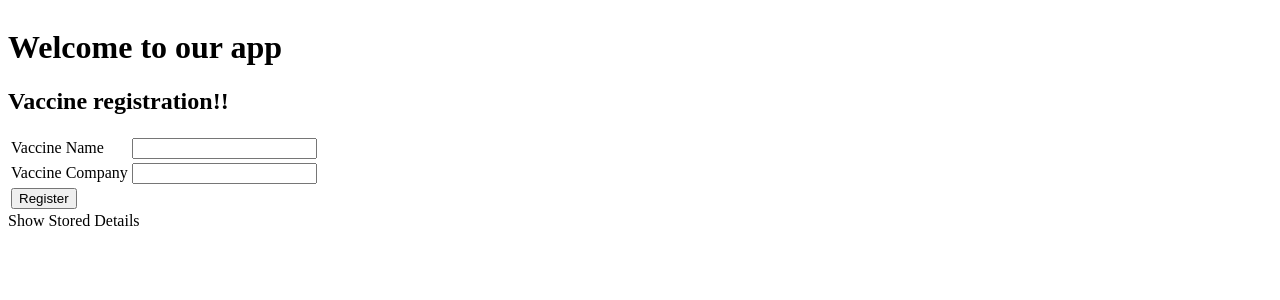
Repository: sultanaNargis03/IndustryReadyJavaSpringBoot
Page: Servlet/workspace/SessionMangement/src/main/webapp/index.html
An editor plug-in stored every save of this project. The page is shown before and after the next save, followed by the edit.
The browser window is 1280 px wide. The pictures show the whole page.

Above is the page before, as saved 2023-12-05 17:14:01.

### Servlet/workspace/SessionMangement/src/main/webapp/index.html
<!DOCTYPE html>
<html>
<head>
<meta charset="ISO-8859-1">
<title>Registration</title>
</head>
<body style="align-content: center;">
<h1>Welcome to our app</h1>
<h2>Vaccine registration!!</h2>
<form method="post" action="./Request1">
	<table>
		<tr>
			<td>Vaccine Name</td>
			<td><input type="text" name="vname"</td>
		</tr>
		<tr>
			<td>Vaccine Company</td>
			<td><input type="text" name="vcompany"</td>
		</tr>

		<tr>
			<td><input type="submit" value="Register"</td>
		</tr>
	</table>
</form>
<a hreff="./Request2">Show Stored Details</a>
</body>
</html>

After the next save:
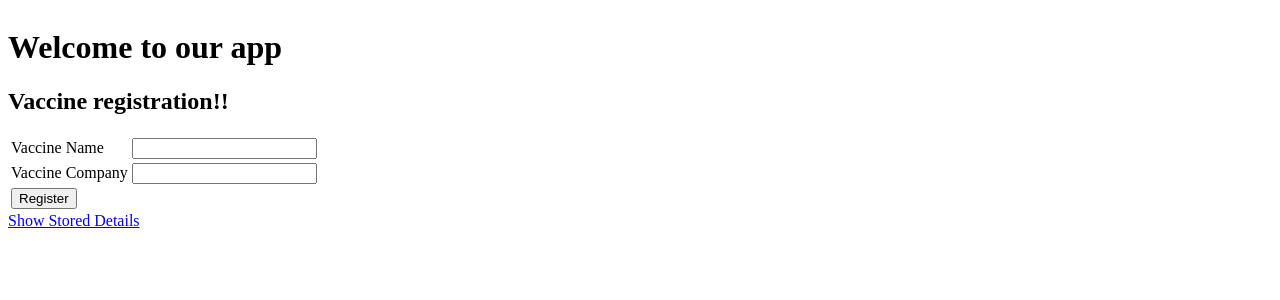
Saved 49 s later.
--- a/Servlet/workspace/SessionMangement/src/main/webapp/index.html
+++ b/Servlet/workspace/SessionMangement/src/main/webapp/index.html
@@ -23,6 +23,6 @@
 		</tr>
 	</table>
 </form>
-<a hreff="./Request2">Show Stored Details</a>
+<a href="./Request2">Show Stored Details</a>
 </body>
 </html>
